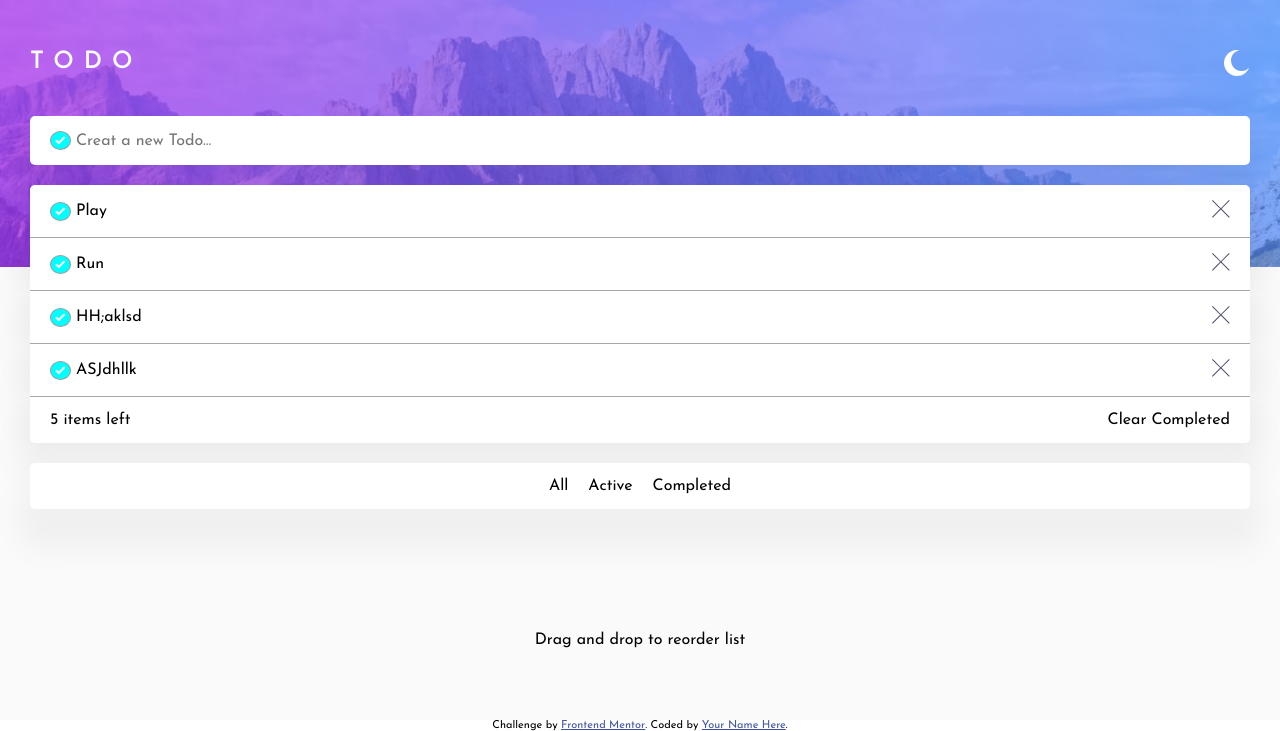
Repository: Baraajad231/Todo-app
Page: /
These files come from the project's save history. The page is drawn as it stood at one moment and after the next save; the edit follows.
The browser window is 1280 px wide. The pictures show the whole page.
The project was rebuilt for these pictures with package versions that can differ from the ones it lists, and the page was loaded fresh each time. Also part of the build but not shown: vite.config.js.

Above is the page before, as saved 2025-12-28 02:14:17.

### index.html
<!DOCTYPE html>
<html lang="en">
  <head>
    <meta charset="UTF-8" />
    <meta name="viewport" content="width=device-width, initial-scale=1.0" />
    <!-- displays site properly based on user's device -->

    <link
      rel="icon"
      type="image/png"
      sizes="32x32"
      href="./images/favicon-32x32.png"
    />

    <title>Frontend Mentor | Todo app</title>

    <!-- Feel free to remove these styles or customise in your own stylesheet 👍 -->
    <style>
      .attribution {
        font-size: 11px;
        text-align: center;
      }
      .attribution a {
        color: hsl(228, 45%, 44%);
      }
    </style>

    <link rel="preconnect" href="https://fonts.googleapis.com" />
    <link rel="preconnect" href="https://fonts.gstatic.com" crossorigin />
    <link
      href="https://fonts.googleapis.com/css2?family=Josefin+Sans:ital,wght@0,100..700;1,100..700&display=swap"
      rel="stylesheet"
    />

    <link rel="stylesheet" href="./styles/style.scss" />
  </head>
  <body>
    <div class="container">
      <picture class="background-Wrapper">
        <source
          media="(min-width:465px)"
          srcset="images/bg-desktop-light.jpg"
        />
        <img
          src="images/bg-mobile-light.jpg"
          alt="bg-mobile-light"
          class="background background-light"
        />
      </picture>

      <div class="todo">
        <div class="todo__header">
          <h1 class="todo__title">TODO</h1>
          <img src="images/icon-moon.svg" alt="moon icon" class="todo__theme" />
        </div>
        <ul class="todo__list">
          <li class="todo__list__row todo__list__row-input">
            <span class="checkbox">
              <img
                src="./images/icon-check.svg"
                alt="check"
                class="checkbox__icon"
              />
            </span>
            <input
              type="text"
              placeholder="Creat a new Todo..."
              class="todo__list__input"
            />
          </li>

          <li class="todo__list__row">
            <span class="checkbox">
              <img
                src="./images/icon-check.svg"
                alt="check"
                class="checkbox__icon"
              />
            </span>
            <span class="todo__list__task">Play</span>
            <span class="remove-btn">
              <img src="./images/icon-cross.svg" alt="" class="remove-icon"
            /></span>
          </li>
          <li class="todo__list__row">
            <span class="checkbox">
              <img
                src="./images/icon-check.svg"
                alt="check"
                class="checkbox__icon"
              />
            </span>
            <span class="todo__list__task">Run</span>
            <span class="remove-btn">
              <img src="./images/icon-cross.svg" alt="" class="remove-icon"
            /></span>
          </li>
          <li class="todo__list__row">
            <span class="checkbox">
              <img
                src="./images/icon-check.svg"
                alt="check"
                class="checkbox__icon"
              />
            </span>
            <span class="todo__list__task">HH;aklsd</span>
            <span class="remove-btn">
              <img src="./images/icon-cross.svg" alt="" class="remove-icon"
            /></span>
          </li>
          <li class="todo__list__row">
            <span class="checkbox">
              <img
                src="./images/icon-check.svg"
                alt="check"
                class="checkbox__icon"
              />
            </span>
            <span class="todo__list__task">ASJdhllk</span>
            <span class="remove-btn">
              <img src="./images/icon-cross.svg" alt="" class="remove-icon"
            /></span>
          </li>
          <li class="todo__list__row todo__list__row--meta">
            <div class="todo__items-left">
              <span class="todo__items-count">5</span>
              <span class="todo__items-text">items left</span>
            </div>

            <button class="todo__list-clear button">Clear Completed</button>
          </li>

          <li class="todo__list__row todo__list__row--filter">
            <button class="todo__list-all">All</button>
            <button class="todo__list-active">Active</button>
            <button class="todo__list-completed">Completed</button>
          </li>
        </ul>
      </div>
    </div>
    <p class="note">Drag and drop to reorder list</p>

    <div class="attribution">
      Challenge by
      <a href="https://www.frontendmentor.io?ref=challenge" target="_blank"
        >Frontend Mentor</a
      >. Coded by <a href="#">Your Name Here</a>.
    </div>
  </body>
</html>

### styles/style.scss
/*variables*/
:root {
  /* ===== Brand / Primary ===== */
  --color-primary: hsl(220, 98%, 61%);
  --gradient-check: linear-gradient(hsl(192, 100%, 67%), hsl(280, 87%, 65%));

  /* ===== Typography ===== */
  --font-family-base: "Josefin Sans", sans-serif;
  --font-size-base: 18px;
  --font-weight-regular: 400;
  --font-weight-bold: 700;
  // }

  // :root[data-theme="light"] {
  --color-bg: hsl(0, 0%, 98%);
  --color-surface: #ffffff;

  --color-text-primary: hsl(235, 19%, 35%);
  --color-text-secondary: hsl(236, 9%, 61%);

  --color-border: hsl(233, 11%, 84%);
  --color-muted: hsl(234, 39%, 85%);
  // }

  // :root[data-theme="dark"] {
  // --color-bg: hsl(235, 21%, 11%);
  // --color-surface: hsl(235, 24%, 19%);

  // --color-text-primary: hsl(234, 39%, 85%);
  // --color-text-secondary: hsl(236, 9%, 61%);

  // --color-border: hsl(237, 14%, 26%);
  // --color-muted: hsl(233, 14%, 35%);
}

/* Reset */
* {
  margin: 0;
  padding: 0;
  font: inherit;
}

*,
*::after,
*::before {
  box-sizing: border-box;
}

a {
  color: inherit;
  display: inline-block;
}

button,
[type="submit"] {
  background-color: transparent;
  border: none;
  cursor: pointer;
}

ul,
ol {
  list-style: none;
}

html {
  font-size: 62.5%;
}

body {
  font-size: 1.6rem;
  font-family: "Josefin Sans";
  color: black;
}
/* End Reset */

/*container*/
.container {
  position: relative;
  height: 100vh;
  background-color: var(--color-bg);
}
.background {
  width: 100vw;
}

.todo {
  display: flex;
  flex-direction: column;
  gap: 4rem;
  position: absolute;
  top: 0;
  width: calc(100% - 6rem);
  margin: 5rem 3rem;

  &__header {
    display: flex;
    justify-content: space-between;
    .todo__title {
      font-size: 2.4rem;
      color: white;
      letter-spacing: 1rem;
      font-weight: 600;
    }
  }

  &__list {
    &__row {
      background-color: white;
      padding: 1.5rem 2rem;
      display: flex;
      align-items: center;

      box-shadow: 0 3rem 3rem 1rem rgba(0, 0, 0, 0.045);
      &:nth-child(2) {
        border-radius: 0.5rem 0.5rem 0 0;
      }

      & .checkbox {
        border: 1px solid rgb(156, 155, 155);
        border-radius: 50%;
        background-color: aqua;
        margin-right: 0.5rem;
        display: flex;
        align-items: center;
        justify-content: center;

        &__icon {
          padding: 0.4rem;
        }
      }

      & .todo__list__task {
        margin-right: auto;
      }
      &-input {
        margin-bottom: 2rem;

        & .todo__list__input {
          border: none;

          &:focus {
            outline: none;
            caret-color: aqua;
          }
        }
      }

      &:not(&-input, &--filter, &--meta) {
        border-bottom: 1px solid rgb(170, 167, 167);
      }

      &--meta {
        display: flex;
        justify-content: space-between;

        border-radius: 0 0 0.5rem 0.5rem;
      }

      &--filter {
        display: flex;
        justify-content: center;
        gap: 2rem;
        margin-top: 2rem;
      }
      &--filter,
      &-input {
        border-radius: 0.5rem;
      }
    }
  }
}

.note {
  position: absolute;
  bottom: 10%;
  left: 50%;
  transform: translateX(-50%);
  width: max-content;
}

After the next save:
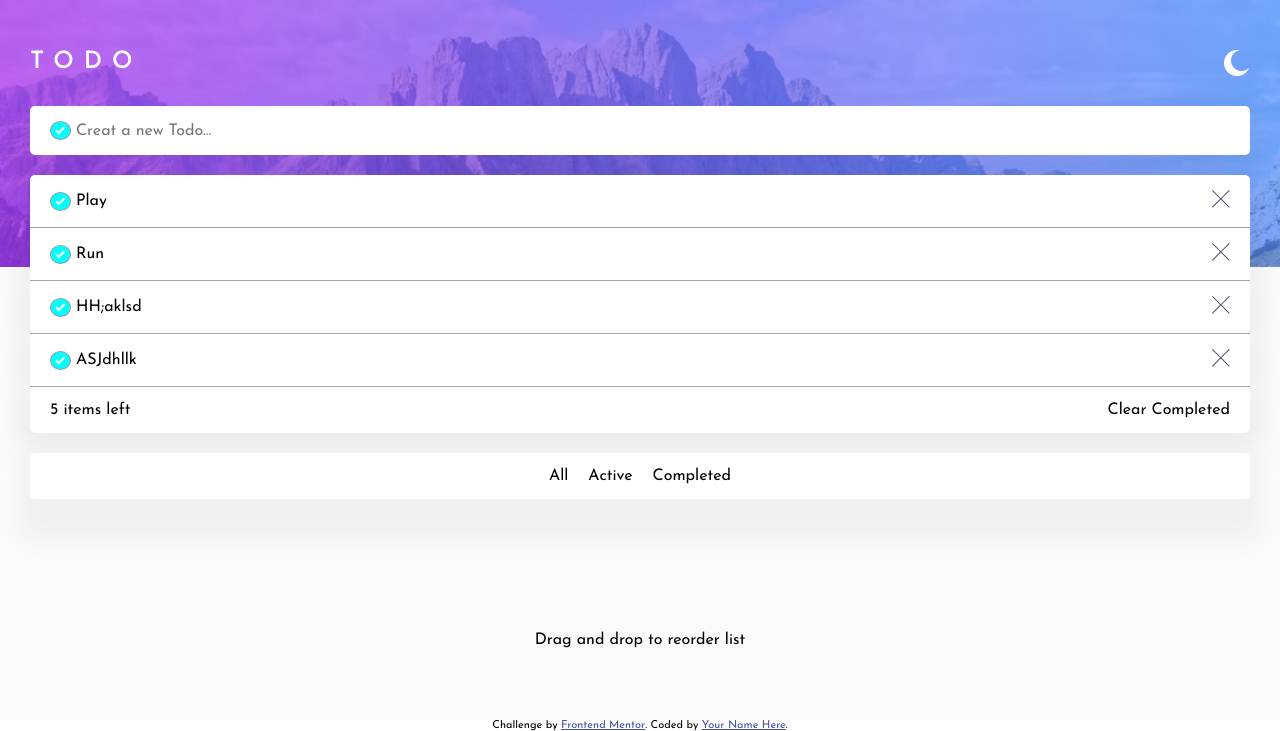
Saved 58 s later.
--- a/styles/style.scss
+++ b/styles/style.scss
@@ -87,7 +87,7 @@ body {
 .todo {
   display: flex;
   flex-direction: column;
-  gap: 4rem;
+  gap: 3rem;
   position: absolute;
   top: 0;
   width: calc(100% - 6rem);
